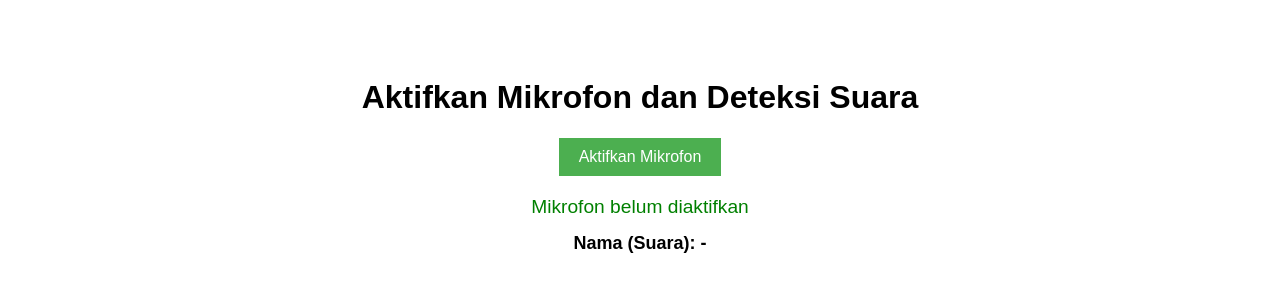
Repository: RalfyBawinto/working-teachable-machine
Page: model2.html
These files come from the project's save history. The page is drawn as it stood at one moment and after the next save; the edit follows.
The browser window is 1280 px wide. The pictures show the whole page.

Above is the page before, as saved 2025-04-22 01:10:26.

After the next save:
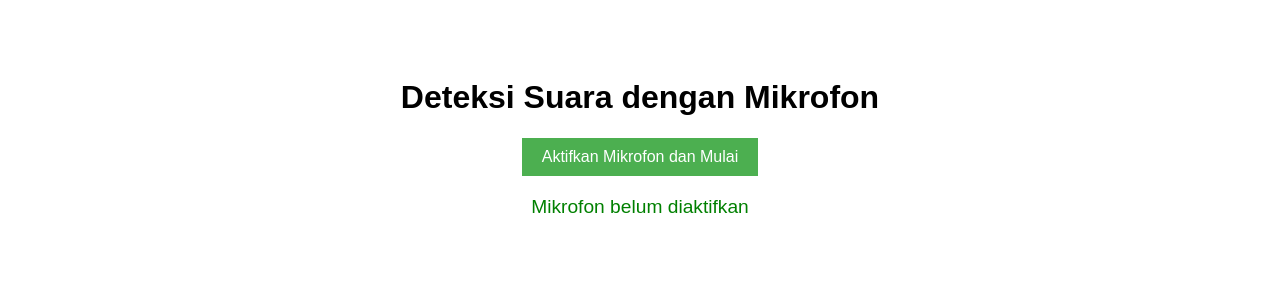
Saved 4 min 48 s later.
--- a/model2.html
+++ b/model2.html
@@ -3,7 +3,7 @@
   <head>
     <meta charset="UTF-8" />
     <meta name="viewport" content="width=device-width, initial-scale=1" />
-    <title>Deteksi Suara dengan Mikrofon</title>
+    <title>Deteksi Suara dengan Model Teachable Machine</title>
     <style>
       body {
         font-family: Arial, sans-serif;
@@ -15,7 +15,7 @@
         font-size: 1.2em;
         color: green;
       }
-      .output {
+      #label-container {
         margin-top: 15px;
         font-size: 18px;
         font-weight: bold;
@@ -34,79 +34,74 @@
     </style>
   </head>
   <body>
-    <h1>Aktifkan Mikrofon dan Deteksi Suara</h1>
-    <button onclick="aktifkanMikrofon()">Aktifkan Mikrofon</button>
+    <h1>Deteksi Suara dengan Mikrofon</h1>
+    <button onclick="aktifkanMikrofon()">Aktifkan Mikrofon dan Mulai</button>
     <div id="status">Mikrofon belum diaktifkan</div>
-    <div class="output" id="voice-output">Nama (Suara): -</div>
+    <div id="label-container"></div>
 
-    <!-- TensorFlow.js -->
-    <script src="https://cdn.jsdelivr.net/npm/@tensorflow/tfjs@3.21.0/dist/tf.min.js"></script>
-    <script src="https://cdn.jsdelivr.net/npm/@teachablemachine/audio@0.8/dist/teachablemachine-audio.min.js"></script>
+    <!-- TensorFlow.js dan Speech Commands -->
+    <script src="https://cdn.jsdelivr.net/npm/@tensorflow/tfjs@1.3.1/dist/tf.min.js"></script>
+    <script src="https://cdn.jsdelivr.net/npm/@tensorflow-models/speech-commands@0.4.0/dist/speech-commands.min.js"></script>
 
-    <script>
-      const voiceModelURL =
-        "https://teachablemachine.withgoogle.com/models/r1dg1ZGh5/";
+    <script type="text/javascript">
+      const URL = "https://teachablemachine.withgoogle.com/models/r1dg1ZGh5/";
 
-      let audioModel;
+      async function createModel() {
+        const checkpointURL = URL + "model.json";
+        const metadataURL = URL + "metadata.json";
 
-      // Fungsi untuk mengaktifkan mikrofon
+        const recognizer = speechCommands.create(
+          "BROWSER_FFT", // Fourier Transform type
+          undefined,
+          checkpointURL,
+          metadataURL
+        );
+
+        await recognizer.ensureModelLoaded();
+
+        return recognizer;
+      }
+
       async function aktifkanMikrofon() {
         try {
           const stream = await navigator.mediaDevices.getUserMedia({
             audio: true,
           });
           document.getElementById("status").textContent = "Mikrofon aktif 🎤";
-          console.log("Mikrofon berhasil diakses", stream);
 
-          // Memuat model suara dari Teachable Machine setelah mikrofon diaktifkan
-          audioModel = await tmAudio.load(
-            voiceModelURL + "model.json",
-            voiceModelURL + "metadata.json"
-          );
-          console.log("Model suara berhasil dimuat.");
+          // Setelah mikrofon aktif, muat model
+          const recognizer = await createModel();
+          const classLabels = recognizer.wordLabels();
 
-          // Menampilkan status model dimuat dan mulai deteksi suara
-          document.getElementById("voice-output").innerText =
-            "Mikrofon aktif, mendeteksi suara...";
+          // Menampilkan label kategori suara
+          const labelContainer = document.getElementById("label-container");
+          for (let i = 0; i < classLabels.length; i++) {
+            labelContainer.appendChild(document.createElement("div"));
+          }
 
           // Mulai mendeteksi suara
-          detectVoice();
+          recognizer.listen(
+            (result) => {
+              const scores = result.scores;
+              for (let i = 0; i < classLabels.length; i++) {
+                const classPrediction =
+                  classLabels[i] + ": " + result.scores[i].toFixed(2);
+                labelContainer.childNodes[i].innerHTML = classPrediction;
+              }
+            },
+            {
+              includeSpectrogram: true,
+              probabilityThreshold: 0.75,
+              invokeCallbackOnNoiseAndUnknown: true,
+              overlapFactor: 0.5,
+            }
+          );
         } catch (err) {
           console.error("Gagal mengakses mikrofon:", err);
           document.getElementById("status").textContent =
             "Gagal mengakses mikrofon ❌";
         }
       }
-
-      // Fungsi untuk mendeteksi suara
-      async function detectVoice() {
-        try {
-          await audioModel.listen(
-            async () => {
-              const prediction = await audioModel.predict();
-              const highest = prediction.reduce(
-                (max, p) => (p.probability > max.probability ? p : max),
-                { probability: 0 }
-              );
-
-              // Menampilkan hasil prediksi suara
-              document.getElementById(
-                "voice-output"
-              ).innerText = `Suara Terdeteksi: ${highest.className} (${(
-                highest.probability * 100
-              ).toFixed(1)}%)`;
-            },
-            {
-              probabilityThreshold: 0.85, // Ambang batas probabilitas
-              overlapFactor: 0.5, // Faktor tumpang tindih
-            }
-          );
-        } catch (err) {
-          console.error("Gagal mendengarkan suara:", err);
-          document.getElementById("voice-output").innerText =
-            "Gagal mendeteksi suara ❌";
-        }
-      }
     </script>
   </body>
 </html>
